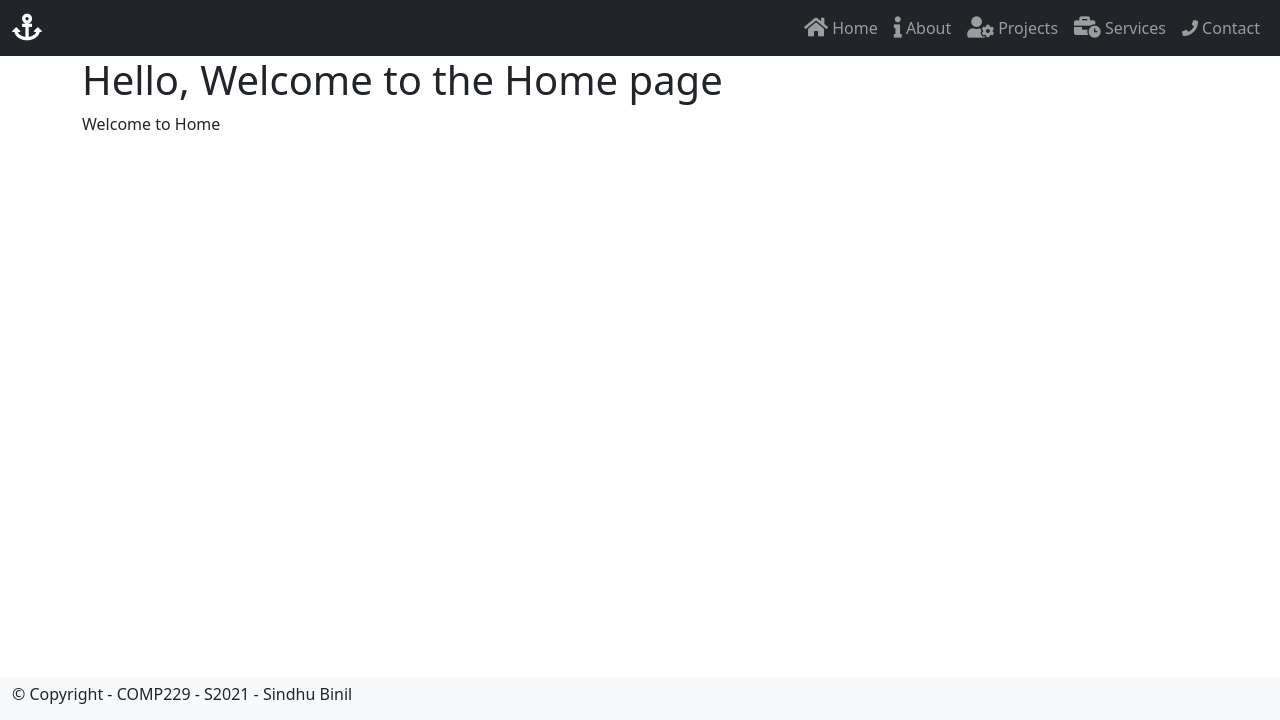
Repository: Ann8002/COMP229-PORTFOLIO-A1
Page: http://localhost/
The author's editor kept a copy of each file at every save. The page is drawn from the files as they stood at one save, then again after the next save.
The browser window is 1280 px wide. The pictures show the whole page.
The page is served by the project's Node server (index.js).

Above is the page before, as saved 2021-10-02 14:38:04.

After the next save:
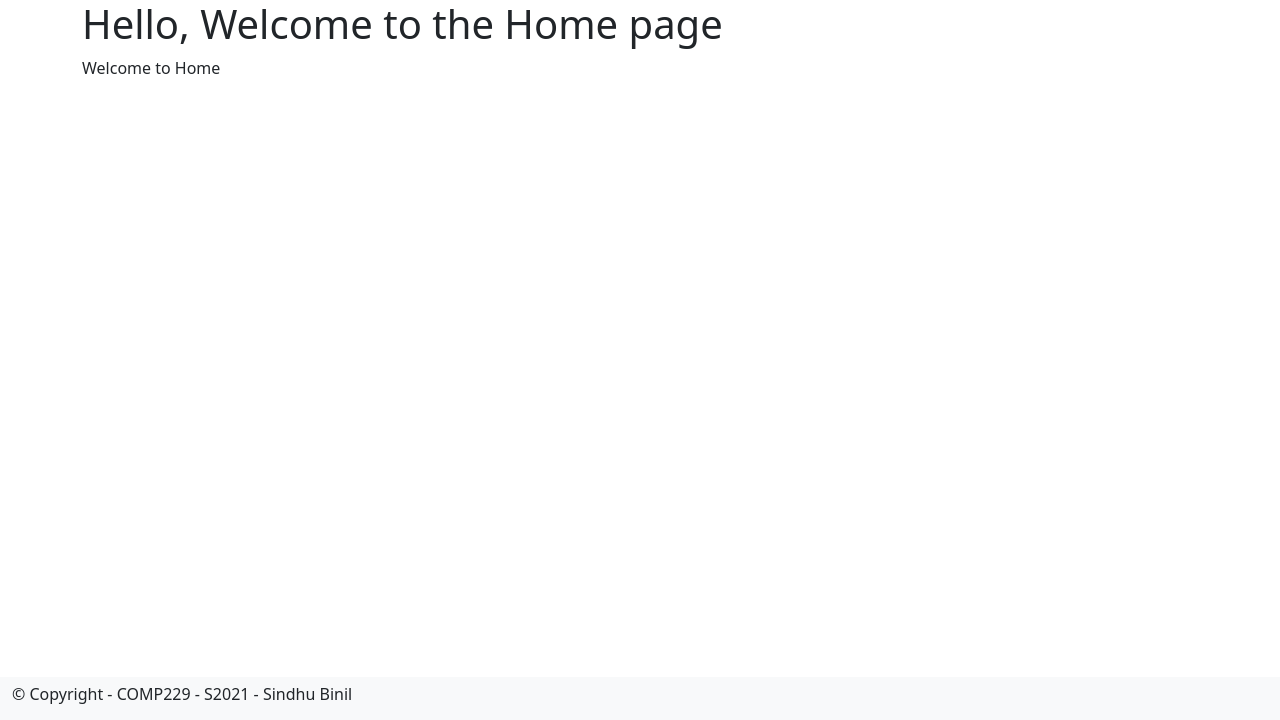
Saved 10 s later.
--- a/views/index.ejs
+++ b/views/index.ejs
@@ -12,33 +12,7 @@
 </head>
 <body>
   <!-- Navigation Section -->
-  <nav class="navbar navbar-expand-lg navbar-dark bg-dark">
-    <div class="container-fluid">
-      <a class="navbar-brand" href="#"><i class="fas fa-anchor fa-lg"></i></a>
-      <button class="navbar-toggler" type="button" data-bs-toggle="collapse" data-bs-target="#navbarSupportedContent" aria-controls="navbarSupportedContent" aria-expanded="false" aria-label="Toggle navigation">
-        <span class="navbar-toggler-icon"></span>
-      </button>
-      <div class="collapse navbar-collapse" id="navbarSupportedContent">
-        <ul class="navbar-nav ms-auto mb-2 mb-lg-0">
-          <li class="nav-item">
-            <a class="nav-link" href="/home"><i class="fas fa-home fa-lg"></i> Home</a>
-          </li>
-          <li class="nav-item">
-            <a class="nav-link" href="/About"><i class="fas fa-info fa-lg"></i> About</a>
-          </li>
-          <li class="nav-item">
-            <a class="nav-link" href="/projects"><i class="fas fa-user-cog fa-lg"></i> Projects</a>
-          </li>
-          <li class="nav-item">
-            <a class="nav-link" href="/Services"><i class="fas fa-business-time fa-lg"></i> Services</a>
-          </li>
-          <li class="nav-item">
-            <a class="nav-link" href="/contact"><i class="fas fa-phone"></i> Contact</a>
-          </li>
-        </ul>
-      </div>
-    </div>
-  </nav>
+
 
  <div class="container">
   <h1>Hello, Welcome to the <%= title %> page</h1>
